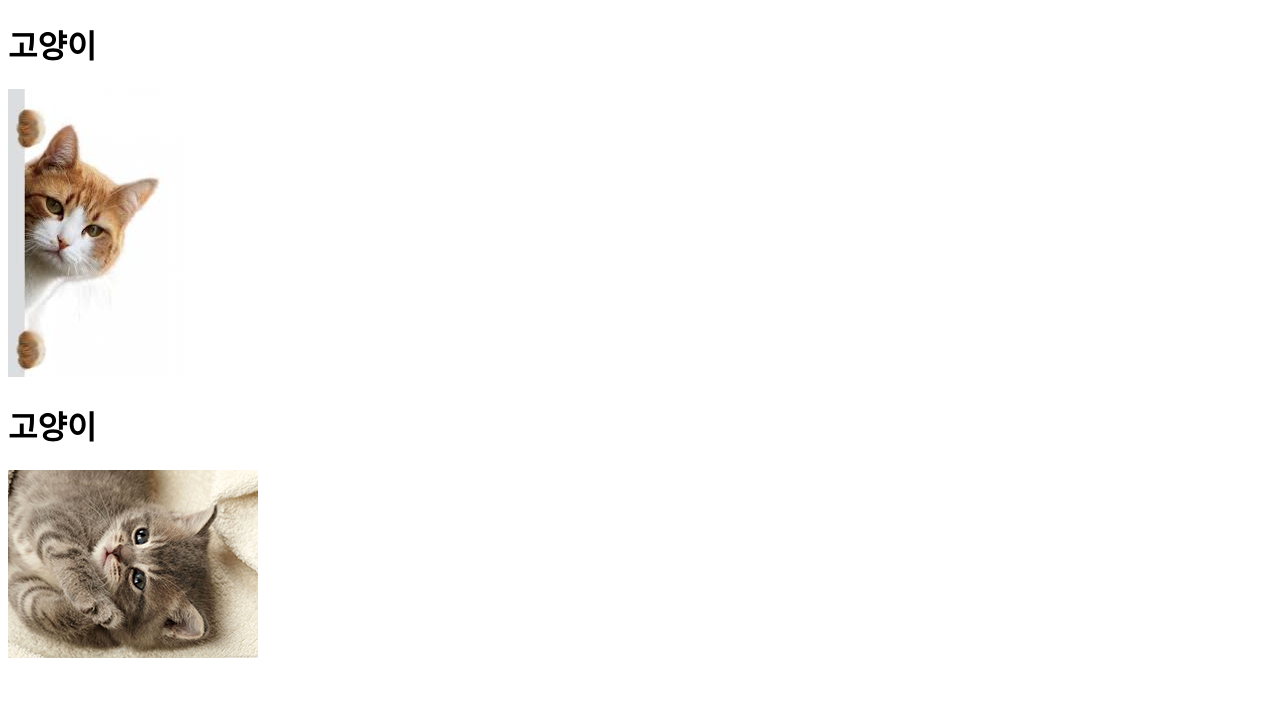
Repository: Chun0903/classStudy_github.io
Page: client/ClientTest/WebContent/ex12_image.html
These files come from the project's save history. The page is drawn as it stood at one moment and after the next save; the edit follows.
The browser window is 1280 px wide. The pictures show the whole page.

Above is the page before, as saved 2020-06-19 05:37:17.

### client/ClientTest/WebContent/ex12_image.html
<!DOCTYPE html>
<html>
<head>
<meta charset="UTF-8">
<title>Insert title here</title>
</head>
<body>

	<!--

		<img>, Image
		- 이미지를 출력하는 태그
		- 단독 태그
		- 인라인 태그

		img.src 속성
		- 이미지 URL(절대경로 or 상대경로)

		img.alt 속성
		- 대체 텍스트
		- 이미지를 설명하는 텍스트(메타 데이터)
		- 장애인용 텍스트



	-->
	<h1>고양이</h1>
	<img src="images/고양이2.jpg">

	<h1>고양이</h1>
	<img src="images/cat01.jpg" alt="고양이">

</body>
</html>

After the next save:
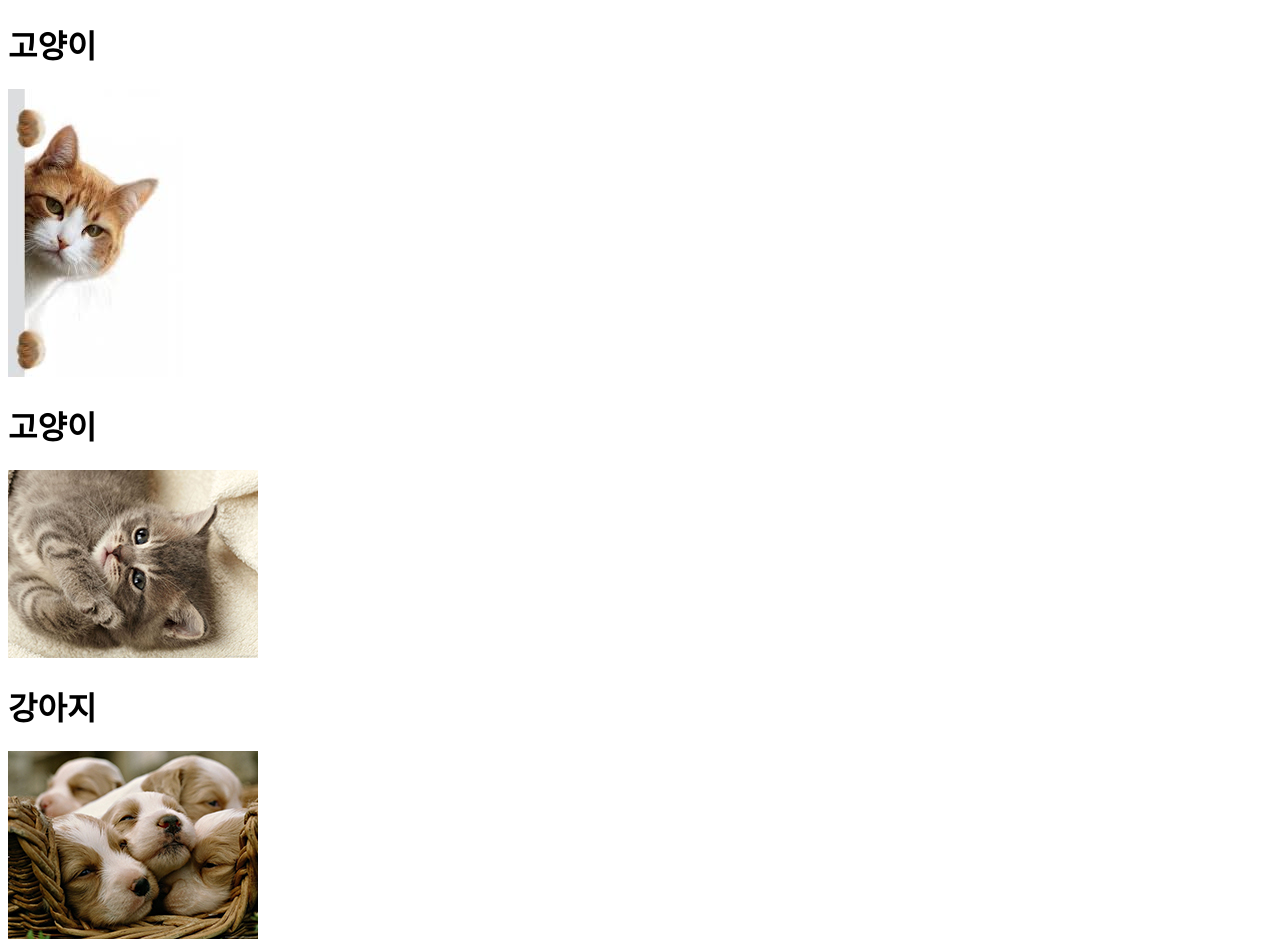
Saved 3 min 22 s later.
--- a/client/ClientTest/WebContent/ex12_image.html
+++ b/client/ClientTest/WebContent/ex12_image.html
@@ -30,5 +30,8 @@
 	<h1>고양이</h1>
 	<img src="images/cat01.jpg" alt="고양이">
 
+	<h1>강아지</h1>
+	<img src="images/dog01.jpg">
+
 </body>
 </html>
